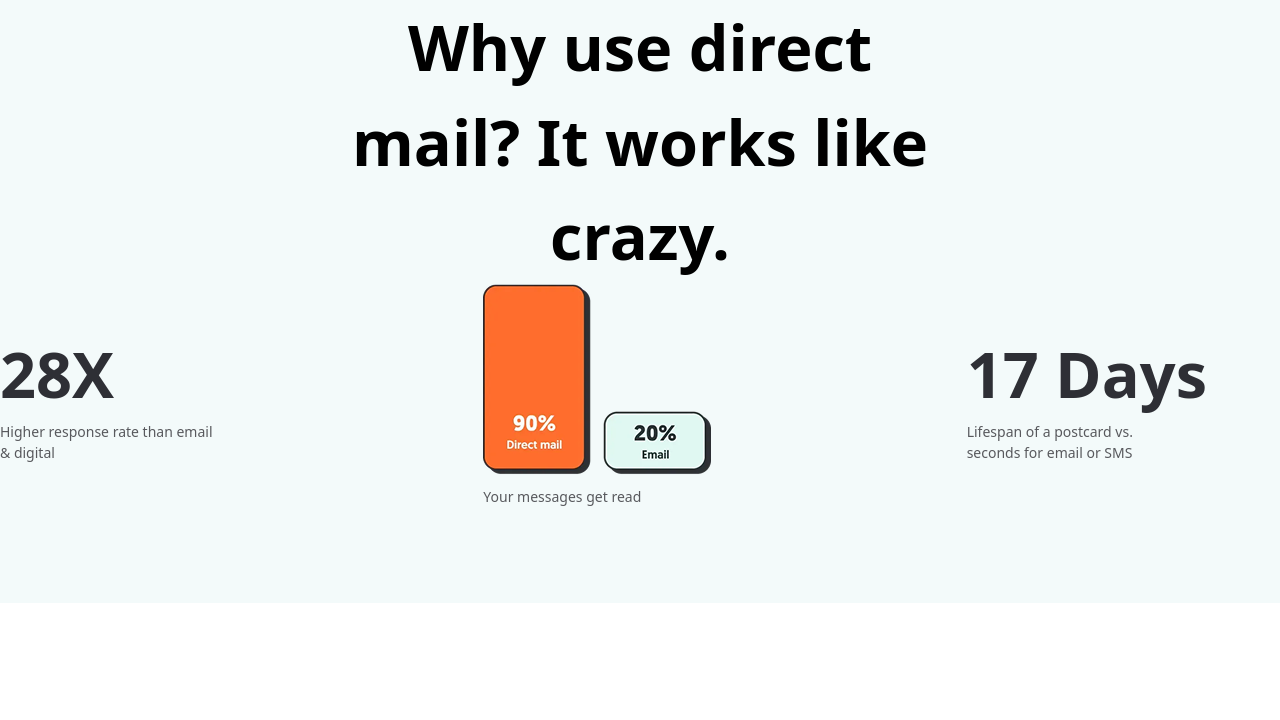
Repository: trusha97/postpilot
Page: mailsende.html
These files come from the project's save history. The page is drawn as it stood at one moment and after the next save; the edit follows.
The browser window is 1280 px wide. The pictures show the whole page.
Some web libraries are served in a nearby version.

Above is the page before, as saved 2025-05-21 14:52:28.

### mailsende.html
<!DOCTYPE html>
<html lang="en">

<head>
    <meta charset="UTF-8" />
    <meta name="viewport" content="width=device-width, initial-scale=1.0" />
    <title>mail send</title>
    <!-- Tailwind CSS CDN -->
    <script src="https://cdn.tailwindcss.com"></script>
</head>

<body>
    <div class="bg-[#F3FAFA]">
        <div>
            <p class="text-[63px] max-w-[615px] text-center mx-auto font-bold">Why use direct mail?
                It <span>works</span> like crazy.</p>
        </div>
        <div
            class="bottom grid grid-cols-3 items-center gap-[170px] pb-[96px] max-xl:gap-[120px] max-lg:grid-cols-2 max-sm:grid-cols-1">
            <div>
                <h2 class="text-[63px] font-[700] text-[#2E2F35] max-md:text-[50px] max-sm:text-[30px]">28X</h2>
                <p class="text-[14px] font-[500] text-[#58595D]">Higher response rate than email<br>&
                    digital
                </p>
            </div>
            <div>
                <img src="Assets/images/emailmobile.png">
                <p class="text-[14px] font-[500] text-[#58595D]">Your messages get read</p>
            </div>
            <div>
                <h2 class="text-[63px] font-[700] text-[#2E2F35] max-md:text-[50px] max-sm:text-[30px]"">17 Days</h2>
                        <p class=" text-[14px] font-[500] text-[#58595D]">Lifespan of a postcard vs.<br>seconds
                    for email
                    or SMS</p>
            </div>
        </div>
    </div>
</body>

</html>

After the next save:
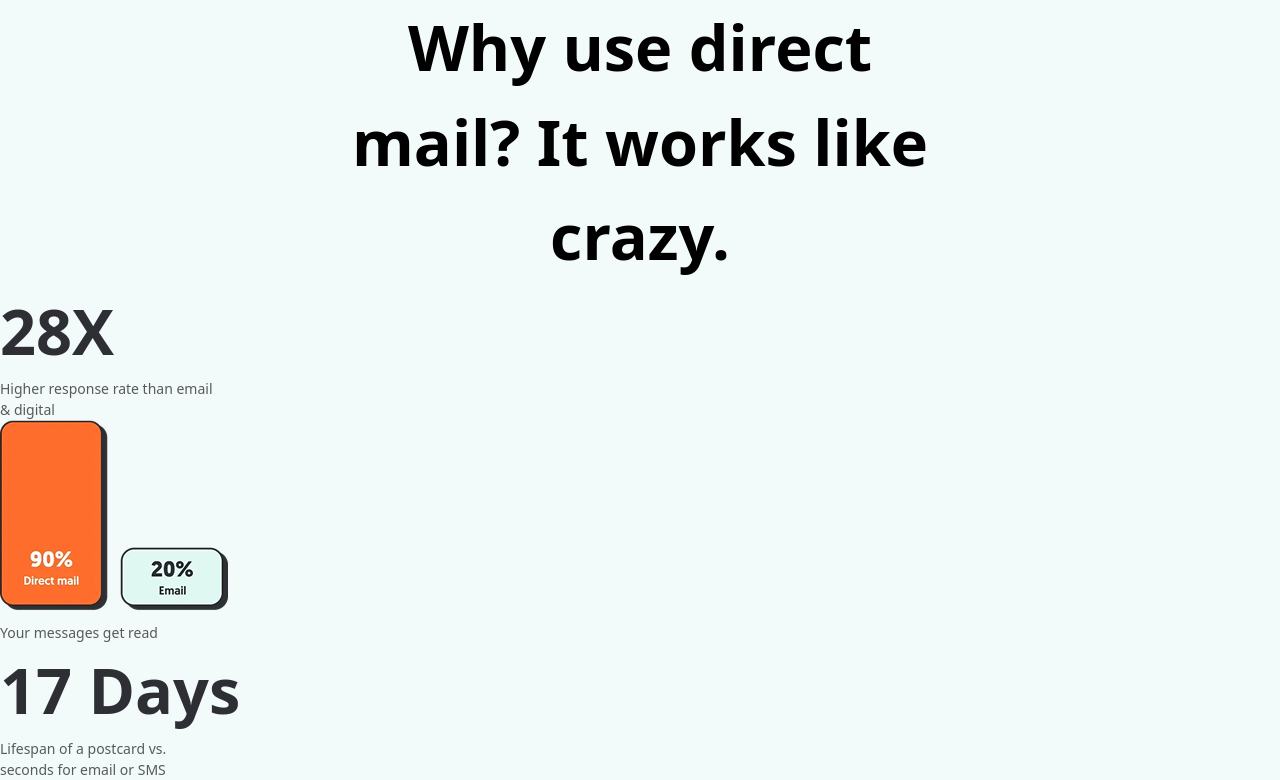
Saved 46 s later.
--- a/mailsende.html
+++ b/mailsende.html
@@ -16,7 +16,7 @@
                 It <span>works</span> like crazy.</p>
         </div>
         <div
-            class="bottom grid grid-cols-3 items-center gap-[170px] pb-[96px] max-xl:gap-[120px] max-lg:grid-cols-2 max-sm:grid-cols-1">
+            class="">
             <div>
                 <h2 class="text-[63px] font-[700] text-[#2E2F35] max-md:text-[50px] max-sm:text-[30px]">28X</h2>
                 <p class="text-[14px] font-[500] text-[#58595D]">Higher response rate than email<br>&
